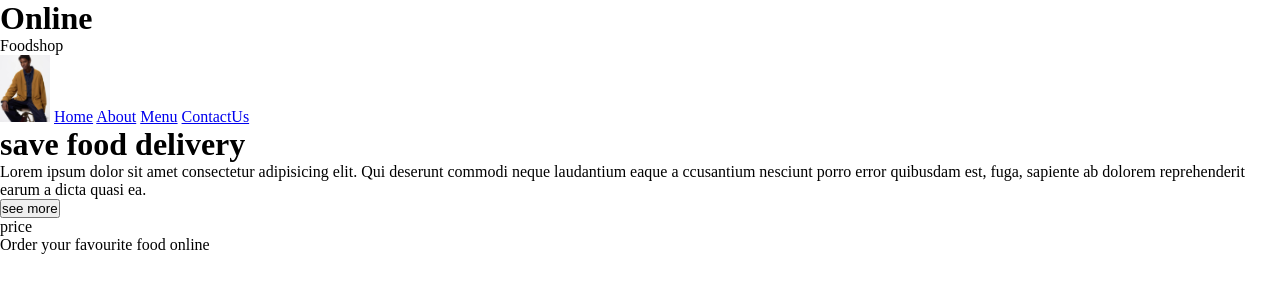
Repository: sristigupta04/basic-js-project
Page: online foood app.cpp/on.html
These files come from the project's save history. The page is drawn as it stood at one moment and after the next save; the edit follows.
The browser window is 1280 px wide. The pictures show the whole page.

Above is the page before, as saved 2025-11-15 23:01:44.

### online foood app.cpp/on.html
<!DOCTYPE html>
<html lang="en">
<head>
    <meta charset="UTF-8">
    <meta name="viewport" content="width=device-width, initial-scale=1.0">
    <title>ONLINE FOOD Shop</title>
    <link rel="stylesheet" href="on.css"/>
</head>
<body>
    <h1>Online</h1>
    <span>Foodshop</span>
<div class="navi">
    <img src="wollen.webp"/>
<a href="#">Home</a>
<a href="#">About</a>
<a href="#">Menu</a>
<a href="#">ContactUs</a>
       <div class="main">
        <h1>save food delivery</h1>
        <div class="protfolio">
            <p>Lorem ipsum  dolor sit amet consectetur adipisicing elit.
                Qui deserunt commodi neque laudantium eaque a
               ccusantium nesciunt porro error quibusdam est, fuga,
                sapiente ab dolorem reprehenderit earum a dicta
                 quasi ea.</p>
                 <button>see more</button>
            <div class="one"> price</div>
            <div class="tow"> Order your favourite food online</div>
        </div>
       </div>

</div>
</body>
</html>

### online foood app.cpp/on.css
*{
    padding: 0;
    margin: 0;
}

img{
    background-size: cover;
    width: 50px;
}

After the next save:
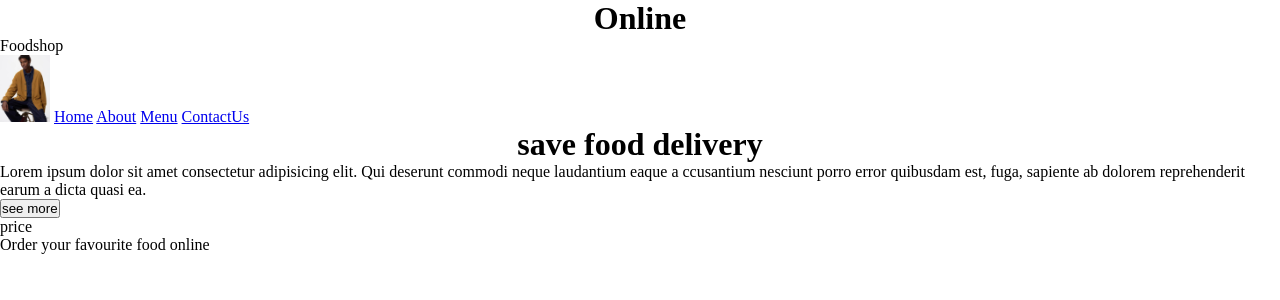
Saved 35 s later.
--- a/online foood app.cpp/on.css
+++ b/online foood app.cpp/on.css
@@ -7,3 +7,9 @@ img{
     background-size: cover;
     width: 50px;
 }
+h1{
+    display: flex;
+    align-items: center;
+    justify-content: center;
+    ;
+}
